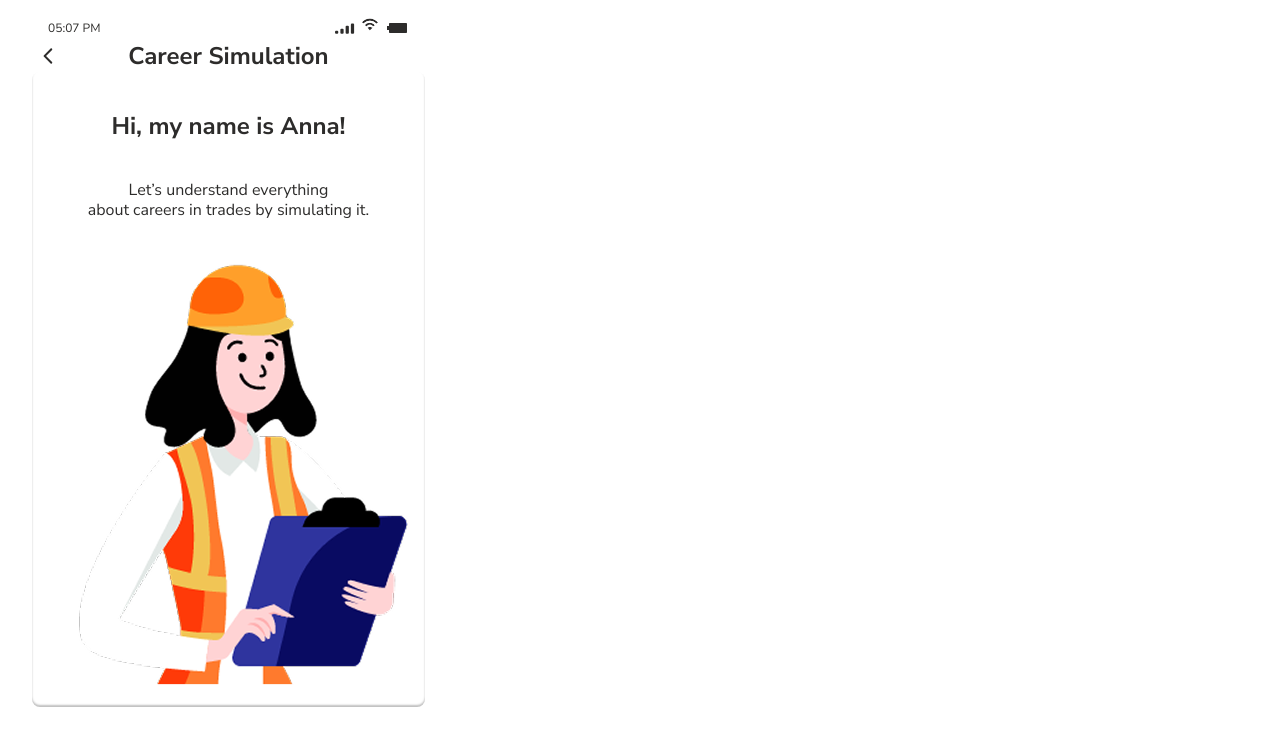
Repository: daniel-liu01/week10books
Page: /
An editor plug-in stored every save of this project. The page is shown before and after the next save, followed by the edit.
The browser window is 1280 px wide. The pictures show the whole page.
The project was rebuilt for these pictures with package versions that can differ from the ones it lists, and the page was loaded fresh each time. Also part of the build but not shown: vite.config.js, vite.config.ts, src/App.css.

Above is the page before, as saved 2025-10-17 18:08:30.

### index.html
<!DOCTYPE html>
<html lang="en">
    <head>
        <meta charset="UTF-8" />
        <link
            rel="icon"
            type="image/svg+xml"
            href="/vite.svg" />
        <meta
            name="viewport"
            content="width=device-width, initial-scale=1.0" />
        <title>frontend</title>
        <link
            rel="preconnect"
            href="https://fonts.googleapis.com" />
        <link
            rel="preconnect"
            href="https://fonts.gstatic.com"
            crossorigin />
        <link
            href="https://fonts.googleapis.com/css2?family=Nunito+Sans:ital,opsz,wght@0,6..12,200..1000;1,6..12,200..1000&display=swap"
            rel="stylesheet" />
    </head>
    <body>
        <div id="root"></div>
        <script
            type="module"
            src="/src/main.jsx"></script>
    </body>
</html>

### src/index.css
/* ------------------------------------------------------ GENERAL STYLES ------------------------------------------------------ */
*,
*::before,
*::after {
    box-sizing: inherit;
}

html,
body {
    padding: 0;

    font-family: var(--font-family);
    box-sizing: border-box;
}

body {
    width: 393px;
    min-height: 100vh;
    margin: 16px;
}

html {
    display: flex;
    align-items: flex-start;
    padding: 0 var(--space-regular);
}

/* ------------------------------------------------------ VARIABLES ------------------------------------------------------ */
:root {
    /* ----- COLORS ----- */
    --primary-50: #fff1e6;
    --primary-100: #ffd4b0;
    --primary-200: #ffbf8a;
    --primary-300: #ffa155;
    --primary-400: #ff8f34;
    --primary-500: #ff7301;
    --primary-600: #e86901;
    --primary-700: #b55201;
    --primary-800: #8c3f01;
    --primary-900: #6b3000;

    --secondary-50: #eefae6;
    --secondary-100: #cbefb1;
    --secondary-200: #b2e88b;
    --secondary-300: #8fdd55;
    --secondary-400: #79d635;
    --secondary-500: #58cc02;
    --secondary-600: #50ba02;
    --secondary-700: #3e9101;
    --secondary-800: #307001;
    --secondary-900: #255601;

    /* -- neutral colors -- */

    --offwhite-500: #f9f9f9;
    --white: #ffffff;
    --black-50: #eaeaea;
    --black-100: #bebebd;
    --black-200: #9e9e9d;
    --black-300: #727271;
    --black-400: #575655;
    --black-500: #2d2c2b;

    /* ----- TYPE ----- */
    --font-family: "Nunito Sans", sans-serif;

    --font-size-extra-large: 88px;
    --font-size-large: 30px;
    --font-size-extra-medium: 24px;
    --font-size-medium: 20px;
    --font-size-regular: 16px;
    --font-size-small: 12px;
    --font-size-extra-small: 10px;

    --font-style-normal: normal;
    --font-weight-bold: bold;

    --line-height-xxlarge: 100px;
    --line-height-large: 36px;
    --line-height-medium: 28px;
    --line-height-small: 20px;

    /* ----- SPACING ----- */
    --space-extra-small: 4px;
    --space-small: 8px;
    --space-regular: 16px;
    --space-medium: 32px;
    --space-large: 48px;
    --space-extra-large: 140px;

    /* ----- Inner shadow ----- */
    --inner-shadow: 0 -2px 2px 0 rgba(0, 0, 0, 0.25);
}

### src/App.jsx
import { useState } from "react";
import { BrowserRouter as Router, Routes, Route } from "react-router-dom";
import "./App.css";

import Simulation from "../app/Simulation/Simulation";

function App() {
    return (
        <div>
            <Simulation />
        </div>
    );
}

export default App;

### app/Simulation/Simulation.jsx
import styles from "./Simulation";
import StatusBar from "../../components/StatusBar/StatusBar";
import HeadingBar from "../../components/HeadingBar/HeadingBar";
import Card from "../../components/Card/Card";

function Simulation() {
    return (
        <div>
            <StatusBar />
            <HeadingBar />
            <Card
                image='Anna.png'
                title='Hi, my name is Anna!'
                description={
                    <>
                        Let’s understand everything <br />
                        about careers in trades by simulating it.
                    </>
                }
            />
        </div>
    );
}

export default Simulation;

### components/StatusBar/StatusBar.jsx
import styles from "./StatusBar.module.css";
import Hour from "../Hour/Hour";

const StatusBar = () => {
    return (
        <div className={styles.container}>
            <Hour />
            <div className={styles.right}>
                <svg
                    className={styles.icon}
                    width='20'
                    height='11'
                    viewBox='0 0 20 11'
                    fill='none'
                    xmlns='http://www.w3.org/2000/svg'>
                    <rect
                        x='15.8765'
                        y='0.600098'
                        width='3.23284'
                        height='10.2222'
                        rx='1.02778'
                    />
                    <rect
                        x='10.6338'
                        y='2.64453'
                        width='3.23284'
                        height='8.17778'
                        rx='1.02778'
                    />
                    <rect
                        x='5.3916'
                        y='5.71094'
                        width='3.23284'
                        height='5.11111'
                        rx='1.02778'
                    />
                    <rect
                        x='0.0327148'
                        y='7.75537'
                        width='3.23284'
                        height='3.06667'
                        rx='1.02778'
                    />
                </svg>

                <svg
                    className={styles.icon}
                    width='22'
                    height='20'
                    viewBox='0 0 22 20'
                    fill='none'
                    xmlns='http://www.w3.org/2000/svg'>
                    <mask
                        id='path-1-inside-1_2157_1042'
                        fill='white'>
                        <path d='M15.9006 7.3897C15.3805 6.57002 14.6486 5.88977 13.7741 5.41333C12.8995 4.93689 11.9113 4.68001 10.9029 4.66702C9.89445 4.65403 8.89922 4.88535 8.01135 5.33908C7.12349 5.79281 6.37237 6.45396 5.82907 7.25994L7.69376 8.391C8.03417 7.88601 8.50479 7.47176 9.06109 7.18747C9.6174 6.90317 10.241 6.75824 10.8728 6.76638C11.5046 6.77452 12.1238 6.93547 12.6718 7.23399C13.2197 7.53251 13.6783 7.95873 14.0042 8.47231L15.9006 7.3897Z' />
                    </mask>
                    <path
                        d='M15.9006 7.3897C15.3805 6.57002 14.6486 5.88977 13.7741 5.41333C12.8995 4.93689 11.9113 4.68001 10.9029 4.66702C9.89445 4.65403 8.89922 4.88535 8.01135 5.33908C7.12349 5.79281 6.37237 6.45396 5.82907 7.25994L7.69376 8.391C8.03417 7.88601 8.50479 7.47176 9.06109 7.18747C9.6174 6.90317 10.241 6.75824 10.8728 6.76638C11.5046 6.77452 12.1238 6.93547 12.6718 7.23399C13.2197 7.53251 13.6783 7.95873 14.0042 8.47231L15.9006 7.3897Z'
                        strokeWidth='4.11111'
                        mask='url(#path-1-inside-1_2157_1042)'
                    />
                    <mask
                        id='path-2-inside-2_2157_1042'
                        fill='white'>
                        <path d='M19.0832 4.55309C18.1524 3.34672 16.9405 2.3605 15.542 1.67127C14.1435 0.982029 12.5961 0.608389 11.0204 0.579456C9.4447 0.550522 7.88323 0.867077 6.45765 1.50446C5.03207 2.14184 3.78086 3.08283 2.80152 4.25413L4.5268 5.55219C5.29548 4.63284 6.27755 3.89425 7.39649 3.39397C8.51543 2.8937 9.74102 2.64523 10.9778 2.66794C12.2145 2.69065 13.4291 2.98392 14.5268 3.5249C15.6245 4.06588 16.5757 4.83997 17.3063 5.78684L19.0832 4.55309Z' />
                    </mask>
                    <path
                        d='M19.0832 4.55309C18.1524 3.34672 16.9405 2.3605 15.542 1.67127C14.1435 0.982029 12.5961 0.608389 11.0204 0.579456C9.4447 0.550522 7.88323 0.867077 6.45765 1.50446C5.03207 2.14184 3.78086 3.08283 2.80152 4.25413L4.5268 5.55219C5.29548 4.63284 6.27755 3.89425 7.39649 3.39397C8.51543 2.8937 9.74102 2.64523 10.9778 2.66794C12.2145 2.69065 13.4291 2.98392 14.5268 3.5249C15.6245 4.06588 16.5757 4.83997 17.3063 5.78684L19.0832 4.55309Z'
                        strokeWidth='4.11111'
                        mask='url(#path-2-inside-2_2157_1042)'
                    />
                    <path d='M13.5162 9.77759L10.8222 12.3331L8.66699 9.77759L9.23963 9.50599C10.2507 9.02643 11.4136 8.97977 12.4599 9.37676L13.5162 9.77759Z' />
                </svg>

                <svg
                    className={styles.icon}
                    width='24'
                    height='24'
                    viewBox='0 0 24 24'
                    fill='none'
                    xmlns='http://www.w3.org/2000/svg'>
                    <path d='M5 17C4.71667 17 4.47917 16.9042 4.2875 16.7125C4.09583 16.5208 4 16.2833 4 16V14H2V10H4V8C4 7.71667 4.09583 7.47917 4.2875 7.2875C4.47917 7.09583 4.71667 7 5 7H21C21.2833 7 21.5208 7.09583 21.7125 7.2875C21.9042 7.47917 22 7.71667 22 8V16C22 16.2833 21.9042 16.5208 21.7125 16.7125C21.5208 16.9042 21.2833 17 21 17H5Z' />
                </svg>
            </div>
        </div>
    );
};

export default StatusBar;

### components/HeadingBar/HeadingBar.jsx
import styles from "./HeadingBar.module.css";
import ArrowBack from "../ArrowBack/ArrowBack";

function HeadingBar() {
    return (
        <div className={styles.heading_container}>
            <ArrowBack />
            <h1 className={styles.heading_pageTitle}>Career Simulation</h1>
            <div className={styles.heading_placeholder}></div>
        </div>
    );
}

export default HeadingBar;

### components/Card/Card.jsx
import styles from "./Card.module.css";

function Card({ image, title, description }) {
    return (
        <div className={styles.container}>
            <div className={styles.content}>
                <h3 className={styles.title}>{title}</h3>
                <p className={styles.description}>{description}</p>
            </div>
            {image && (
                <div className={styles.image_wrapper}>
                    <img
                        src={image}
                        alt={title}
                        className={styles.image}
                    />
                </div>
            )}
        </div>
    );
}

export default Card;

### components/StatusBar/StatusBar.module.css
.container {
    display: flex;
    flex-direction: row;
    align-items: center;
    justify-content: space-between;
    width: 393px;
    padding: 0 var(--space-regular);
    margin: 0;
}

.right {
    display: flex;
    align-items: center;
    gap: var(--space-extra-small);
}

.icon {
    fill: var(--black-500);
}

### components/Hour/Hour.jsx
"use client";
import { useEffect, useState } from "react";
import styles from "./Hour.module.css";

const Hour = () => {
    const [currentTime, setCurrentTime] = useState(new Date());

    useEffect(() => {
        const timer = setInterval(() => {
            setCurrentTime(new Date());
        }, 1000);

        return () => clearInterval(timer);
    }, []);

    const formattedTime = currentTime.toLocaleTimeString("en-US", {
        hour: "2-digit",
        minute: "2-digit",
        hour12: true,
    });

    return <div className={styles.hour}>{formattedTime}</div>;
};

export default Hour;

### components/HeadingBar/HeadingBar.module.css
.heading_container {
    width: 100%;
    display: flex;
    align-items: center;
    justify-content: space-between;
    gap: var(--space-small);
    margin: 0;
    padding: 0;
}

.heading_pageTitle {
    font-weight: var(--font-weight-bold);
    font-size: var(--font-size-extra-medium);
    margin: 0;
    line-height: 1;
    color: var(--black-500);
}

.heading_placeholder {
    width: var(--space-medium);
    height: var(--space-medium);
    visibility: hidden;
}

### components/ArrowBack/ArrowBack.jsx
import styles from "./ArrowBack.module.css";

function ArrowBack() {
    return (
        <div className={styles.arrow_container}>
            <svg
                className={styles.arrow_icon}
                xmlns='http://www.w3.org/2000/svg'
                width='16'
                height='16'
                viewBox='0 0 12 20'
                fill='none'>
                <path
                    d='M10.7071 19.2929C10.3166 19.6834 9.68342 19.6834 9.29289 19.2929L0.707106 10.7071C0.316582 10.3166 0.316583 9.68342 0.707107 9.29289L9.29289 0.707106C9.68342 0.316582 10.3166 0.316582 10.7071 0.707107L11.0679 1.06789C11.4584 1.45842 11.4584 2.09158 11.0679 2.48211L3.55 10L11.0679 17.5179C11.4584 17.9084 11.4584 18.5416 11.0679 18.9321L10.7071 19.2929Z'
                    fill='currentColor'
                />
            </svg>
        </div>
    );
}

export default ArrowBack;

### components/Card/Card.module.css
.container {
    display: flex;
    padding: var(--space-regular);
    flex-direction: column;
    justify-content: space-between;
    align-items: center;
    flex: 1 0 0;
    align-self: stretch;
    border-radius: var(--space-small);
    background: var(--white);
    box-shadow: var(--inner-shadow) inset;
}

.content {
    display: flex;
    flex-direction: column;
    justify-content: space-between;
    align-items: center;
    flex: 1 0 0;
    align-self: stretch;
    font-family: var(--font-family);
    color: var(--black-500);
    text-align: center;
}

.title {
    font-size: var(--font-size-extra-medium);
    font-weight: var(--font-weight-bold);
    line-height: var(--line-height-medium);
}

.description {
    font-size: var(--font-size-regular);
    line-height: var(--line-height-small);
}

.image_wrapper {
}

.image {
}

### components/Hour/Hour.module.css
.hour {
    color: var(--black-500);
    font-family: var(--font-family);
    font-size: var(--font-size-small);
}

### components/ArrowBack/ArrowBack.module.css
.arrow_container {
    display: inline-flex;
    align-items: center;
    justify-content: center;
    background: none;
    border: none;
    cursor: pointer;
    padding: 0;
    width: var(--space-medium);
    height: var(--space-medium);
}

.arrow_icon {
    color: var(--black-500);
    width: var(--space-regular);
    height: var(--space-regular);
}

.arrow_container:hover .arrow_icon {
    color: var(--primary-500);
}

Loaded but not shown: src/main.jsx (common file)

After the next save:
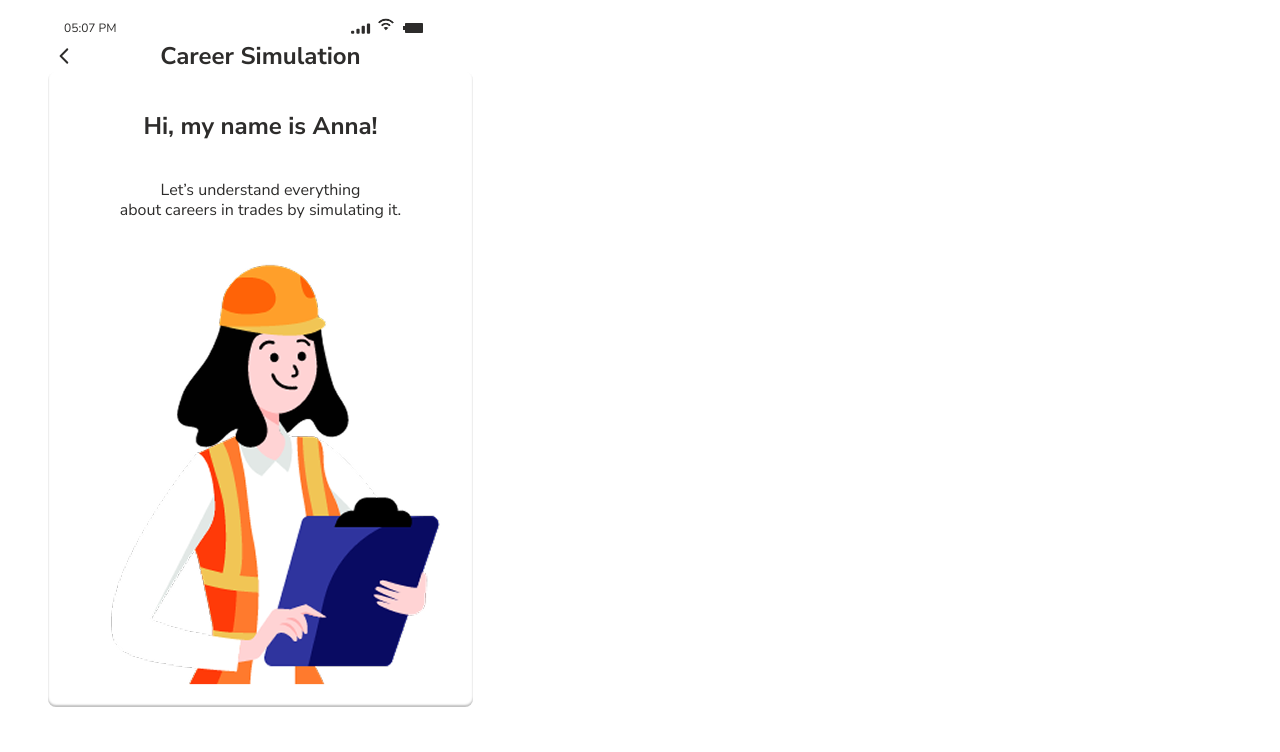
Saved 30 s later.
--- a/src/index.css
+++ b/src/index.css
@@ -17,6 +17,8 @@ body {
     width: 393px;
     min-height: 100vh;
     margin: 16px;
+    display: flex;
+    padding: 0 var(--space-regular);
 }
 
 html {
